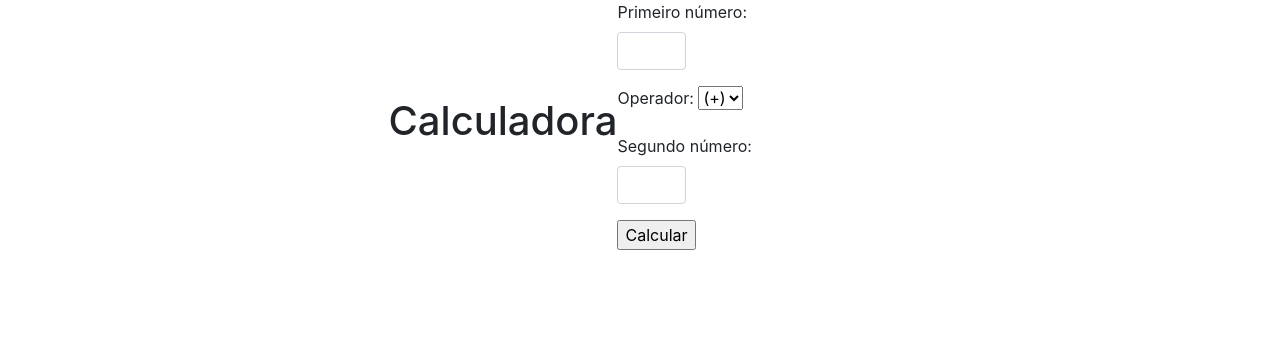
Repository: babirms/DAC
Page: Calculadora/WebContent/home.html
The author's editor kept a copy of each file at every save. The page is drawn from the files as they stood at one save, then again after the next save.
The browser window is 1280 px wide. The pictures show the whole page.

Above is the page before, as saved 2020-09-20 22:40:43.
Console error (its wording comes from the project's code and is left out).

After the next save:
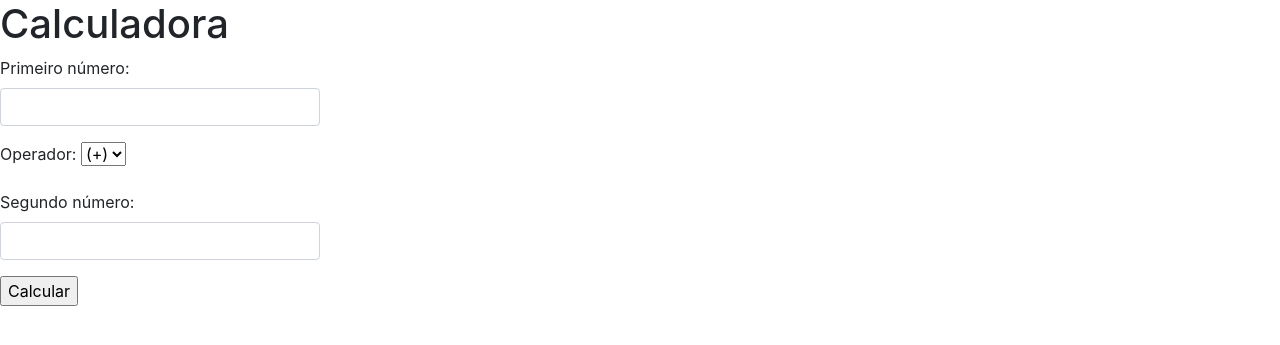
Saved 11 s later.
--- a/Calculadora/WebContent/home.html
+++ b/Calculadora/WebContent/home.html
@@ -8,8 +8,7 @@
 <script type="text/javascript" src="bootstrap/js/bootstrap.min.js"></script>
 </head>
 <body>
-
-	<div class="d-flex align-items-center justify-content-center">
+	<div class="d-flex flex-column justify-content-center">
 		<h1>Calculadora</h1>
 		<form action="CalculadoraServlet" method="get">
 			<div class="form-group">
